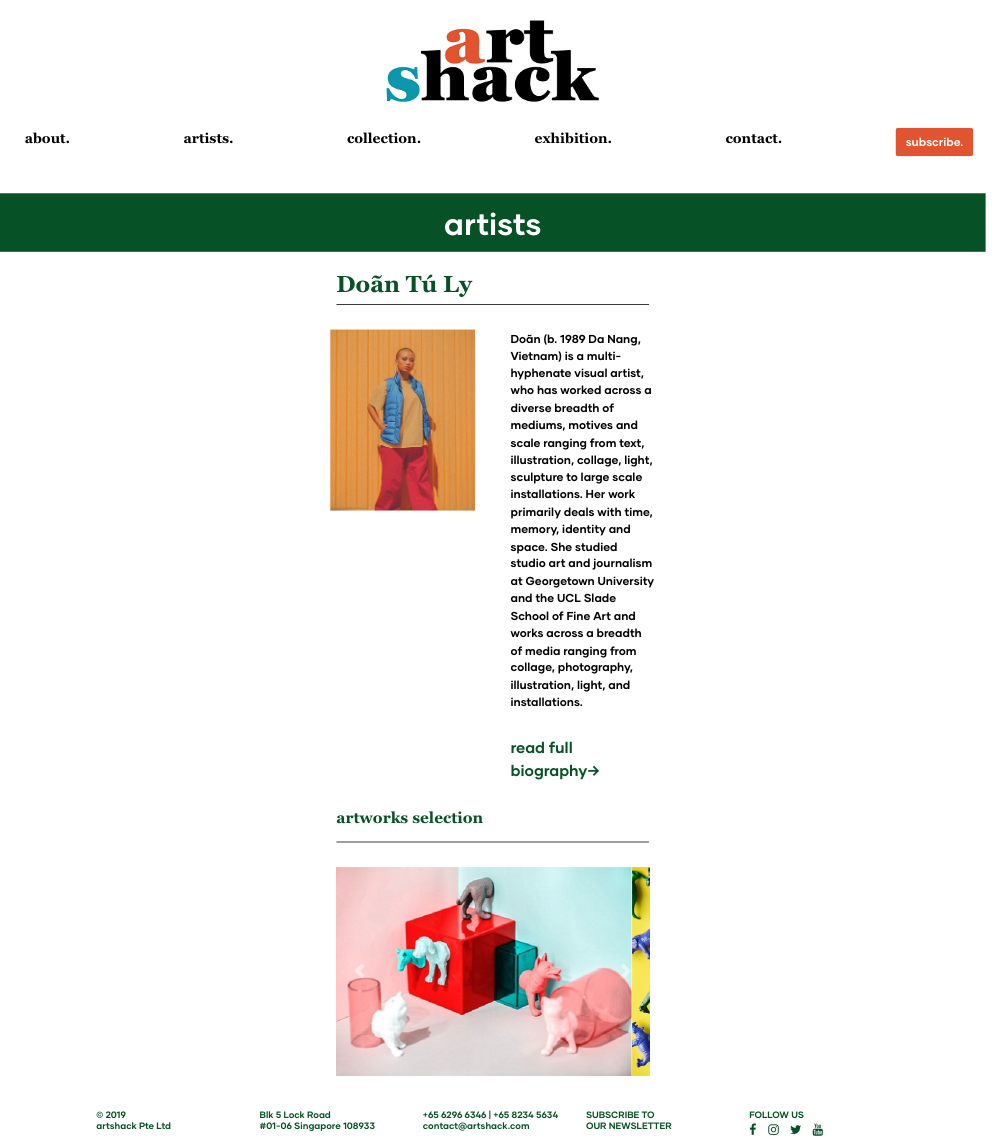
Repository: lynette-lyf/artshack
Page: doantuly.html
The author's editor kept a record of every edit. The page is drawn from the files as they stood at one moment, then again after the next edit.
The browser window is 1280 px wide. The page is 1295 px wide, so the pictures cover 1295 px, including what lies to the right of the window. The pictures show the whole page, at 77% of full size.

Above is the page before.
Not found: artists.css

After the next edit:
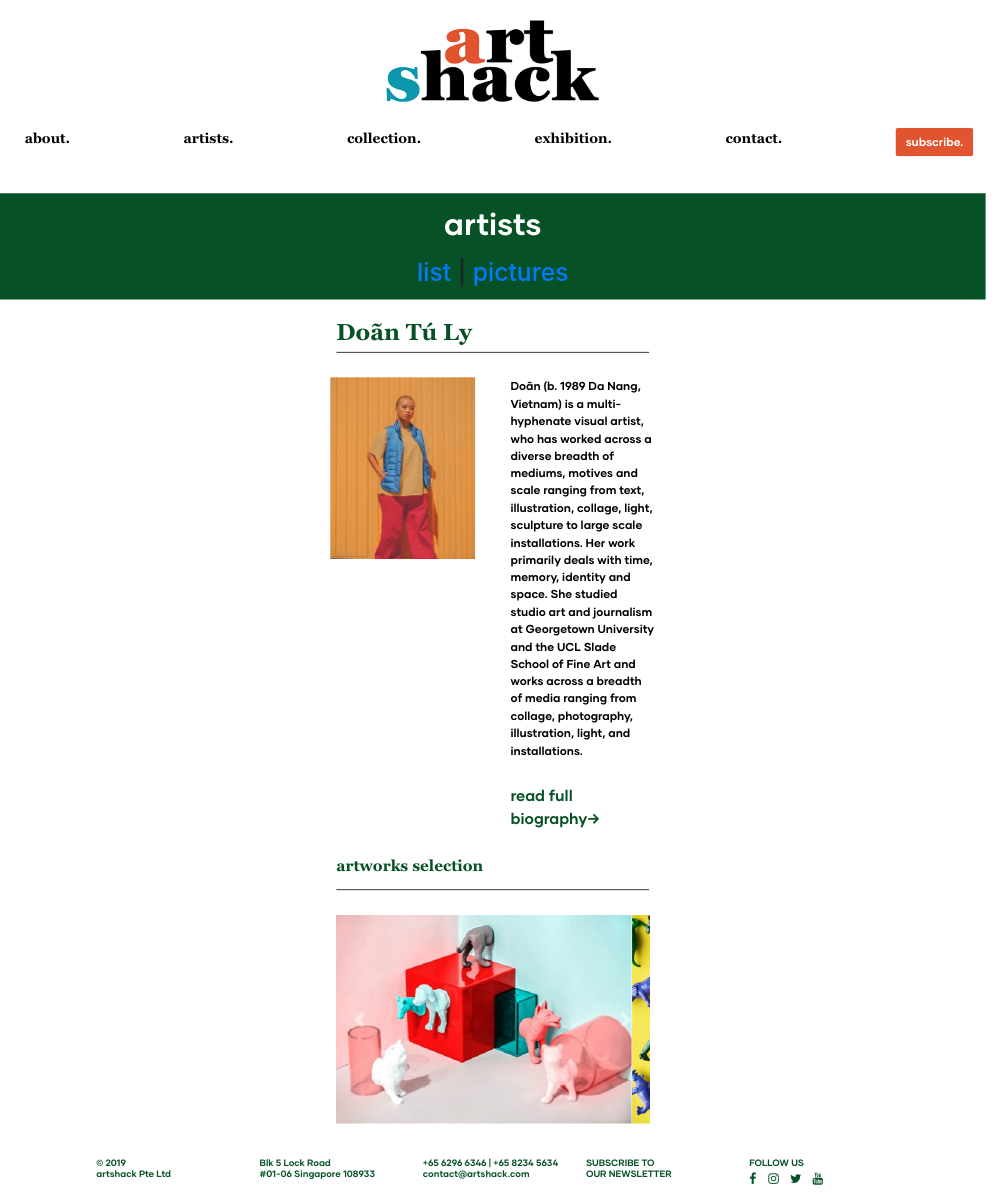
The edit:
--- a/doantuly.html
+++ b/doantuly.html
@@ -334,6 +334,11 @@
             <div class="row ">
               <div class="col text-center my-2 mx-3" id="artists">artists</div>
             </div>
+            <div class="row">
+              <div class="col text-center my-2" id="artistsnav">
+              <h2><a href="artists-list.html">list</a> | <a href="artists-pictures.html">pictures</a></h2>
+</div>
+</div>
 </div>
 
 <!--Artist 1-->
